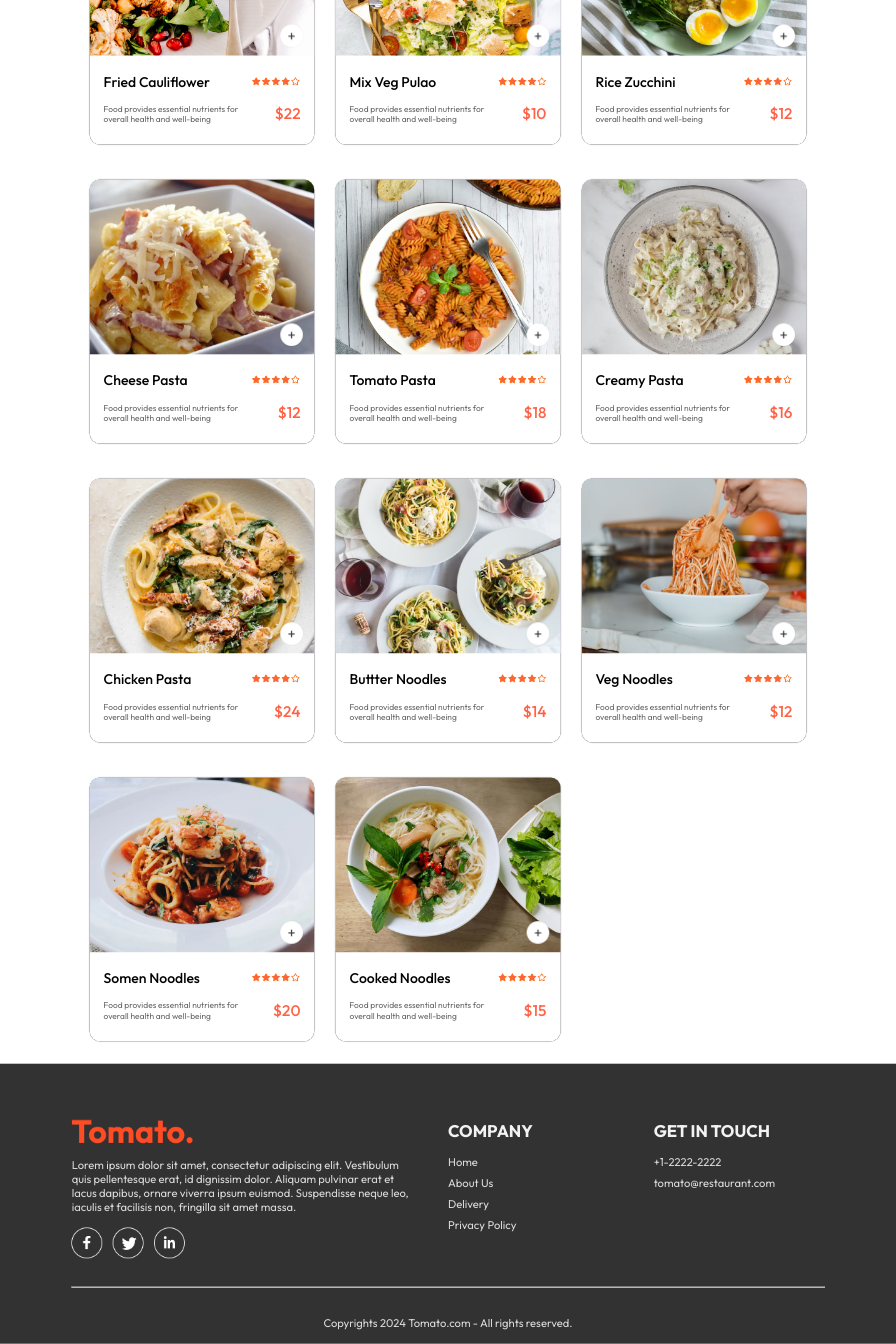
Repository: guilhermecardoso93/tomato-front-end
Page: /
These files come from the project's save history. The page is drawn as it stood at one moment and after the next save; the edit follows.
The browser window is 1280 px wide. The pictures show the part of the page from y = 4151 to 6071 px (the page is 6071 px tall before and 6051 px after), at 70% of full size.
The project was rebuilt for these pictures with package versions that can differ from the ones it lists, and the page was loaded fresh each time. Also part of the build but not shown: vite.config.js, src/pages/Cart/styles.css, src/pages/Cart/index.jsx, src/pages/PlaceOrder/styles.css, src/pages/PlaceOrder/index.jsx.

Above is the page before, as saved 2024-10-31 19:01:15.

### index.html
<!doctype html>
<html lang="en">

<head>
    <meta charset="UTF-8" />
    <link rel="icon" type="image/svg+xml" href="" />
    <link rel="preconnect" href="https://fonts.googleapis.com">
    <link rel="preconnect" href="https://fonts.gstatic.com" crossorigin>
    <link href="https://fonts.googleapis.com/css2?family=Inter:ital,opsz,wght@0,14..32,100..900;1,14..32,100..900&family=Outfit:wght@100..900&display=swap" rel="stylesheet">
    <meta name="viewport" content="width=device-width, initial-scale=1.0" />
    <title>Tomato</title>
</head>

<body>
    <div id="root"></div>
    <script type="module" src="/src/main.jsx"></script>
</body>

</html>

### src/main.jsx
import { StrictMode } from "react";
import { createRoot } from "react-dom/client";
import "./index.css";
import { App } from "./App.jsx";
import { BrowserRouter } from "react-router-dom";
import StoreContextProvider from "./context/StoreContext.jsx";

createRoot(document.getElementById("root")).render(
  <BrowserRouter>
    <StoreContextProvider>
      <App />
    </StoreContextProvider>
  </BrowserRouter>
);

### src/index.css
* {
  padding: 0;
  margin: 0;
  box-sizing: border-box;
}

body {
  min-height: 100vh;
  font-family: "Outfit", sans-serif;
}

a {
  text-decoration: none;
  color: inherit;
}

.app {
  width: 80%;
  margin: auto;
  margin-bottom: 2rem;
}

@keyframes fadeIn {
  0% {
    opacity: 0;
  }

  100% {
    opacity: 1;
  }
}

### src/App.jsx
import { Routes, Route } from "react-router-dom";
import { Navbar } from "./components/Navbar";

import { Home } from "./pages/Home";
import { Cart } from "./pages/Cart";
import { PlaceOrder } from "./pages/PlaceOrder";
import { Footer } from "./components/Footer";

export function App() {
  return (
    <>
      <div className="app">
        <Navbar />
        <Routes>
          <Route path="/" element={<Home />} />
          <Route path="/cart" element={<Cart />} />
          <Route path="/order" element={<PlaceOrder />} />
        </Routes>
      </div>
      <Footer />
    </>
  );
}

### src/context/StoreContext.jsx
import { createContext, useEffect, useState } from "react";
import { food_list } from "../assets/assets";

export const StoreContext = createContext(null);

const StoreContextProvider = (props) => {
  const [cartItems, setCartItems] = useState({});

  const addCart = (itemId) => {
    if (!cartItems[itemId]) {
      setCartItems((prev) => ({ ...prev, [itemId]: 1 }));
    } else {
      setCartItems((prev) => ({ ...prev, [itemId]: prev[itemId] + 1 }));
    }
  };

  const removeFromCart = (itemId) => {
    setCartItems((prev) => ({ ...prev, [itemId]: prev[itemId] - 1 }));
  };

  const contextValue = {
    food_list,
    cartItems,
    setCartItems,
    addCart,
    removeFromCart,
  };

  useEffect(() => {
    console.log(cartItems);
  }, [cartItems]);

  return (
    <StoreContext.Provider value={contextValue}>
      {props.children}
    </StoreContext.Provider>
  );
};

export default StoreContextProvider;

### src/components/Navbar/index.jsx
import { useState } from "react";
import { assets } from "../../assets/assets";
import "./styles.css";

export const Navbar = () => {
  const [menu, setMenu] = useState("Home");

  return (
    <div className="navbar">
      <img src={assets.logo} alt="Logo" className="logo" />
      <ul className="navbar-menu">
        <li
          onClick={() => setMenu("Home")}
          className={menu === "Home" ? "active" : ""}
        >
          Home
        </li>
        <li
          onClick={() => setMenu("Menu")}
          className={menu === "Menu" ? "active" : ""}
        >
          Menu
        </li>
        <li
          onClick={() => setMenu("MobileApp")}
          className={menu === "MobileApp" ? "active" : ""}
        >
          MobileApp
        </li>
        <li
          onClick={() => setMenu("Contact Us")}
          className={menu === "Contact Us" ? "active" : ""}
        >
          Contact Us
        </li>
      </ul>
      <div className="navbar-right">
        <img src={assets.search_icon} alt="" />
        <div className="navbar-search-icon">
          <img src={assets.basket_icon} alt="" />
          <div className="dot"></div>
        </div>
        <button>sign in</button>
      </div>
    </div>
  );
};

### src/pages/Home/index.jsx
import { useState } from "react";
import { ExplorerMenu } from "../../components/ExplorerMenu";
import { Header } from "../../components/Header";
import "./styles.css";
import { FoodDisplay } from "../../components/FoodDisplay/Index";

export const Home = () => {
  const [category, setCategory] = useState("All");

  return (
    <div>
      <Header />
      <ExplorerMenu category={category} setCategory={setCategory} />
      <FoodDisplay category={category} />
    </div>
  );
};

### src/components/Footer/index.jsx
import { assets } from "../../assets/assets";
import "./styles.css";

export const Footer = () => {
  return (
    <footer id="footer">
      <div className="footer-container">
        <div className="footer-left">
          <img src={assets.logo} alt="" />
          <p>
            Lorem ipsum dolor sit amet, consectetur adipiscing elit. Vestibulum
            quis pellentesque erat, id dignissim dolor. Aliquam pulvinar erat et
            lacus dapibus, ornare viverra ipsum euismod. Suspendisse neque leo,
            iaculis et facilisis non, fringilla sit amet massa.
          </p>
          <div className="footer-social-icons">
            <img src={assets.facebook_icon} alt="" />
            <img src={assets.twitter_icon} alt="" />
            <img src={assets.linkedin_icon} alt="" />
          </div>
        </div>
        <div className="footer-center">
          <h2>COMPANY</h2>
          <ul>
            <li>Home</li>
            <li>About Us</li>
            <li>Delivery</li>
            <li>Privacy Policy</li>
          </ul>
        </div>
        <div className="footer-right">
          <h2>GET IN TOUCH</h2>
          <ul>
            <li>+1-2222-2222</li>
            <li>tomato@restaurant.com</li>
          </ul>
        </div>
      </div>
      <hr />
      <p className="footer-copy-rights">
        Copyrights 2024 Tomato.com - All rights reserved.
      </p>
    </footer>
  );
};

### src/components/Navbar/styles.css
.navbar {
  padding: 20px 0;
  display: flex;
  justify-content: space-between;
  align-items: center;
}

.navbar .logo {
  width: 150px;
}

.navbar-menu {
  display: flex;
  list-style: none;
  gap: 10px;
  color: #49557c;
  font-size: 18px;
}

.navbar li {
  cursor: pointer
}

.navbar-right {
  display: flex;
  align-items: center;
  gap: 40px;
}

.navbar button {
  background: transparent;
  font-size: 16px;
  color: #49557c;
  border: 1px solid tomato;
  padding: 10px 30px;
  border-radius: 50px;
  cursor: pointer;
  transition: 0.3s;
}

.navbar button:hover {
  background: #fff4f2;
}

.navbar .active {
  padding-bottom: 2px;
  border-bottom: 2px solid #49557c;
}

.navbar-search-icon {
  position: relative;
}

.navbar-search-icon .dot {
  position: absolute;
  min-height: 10px;
  min-width: 10px;
  background-color: tomato;
  border-radius:  5px;
  top: -8px;
  right: -8px;
}

### src/components/ExplorerMenu/index.jsx
import { menu_list } from "../../assets/assets";

import "./styles.css";

export const ExplorerMenu = ({ category, setCategory }) => {
  return (
    <div className="explorer-menu" id="explore-menu">
      <h1>Explore our menu</h1>
      <p className="explore-menu-text">
        Choose from a diverse menu featuring a delectable arrays os dishes
        crafted with the finest ingredients and culinary expertise. Our mission
        is to satisfy your cravings and elevate your dining experience, one
        delicious meal at a time.
      </p>
      <div className="explore-menu-list">
        {menu_list.map((item, index) => {
          return (
            <div
              className="explore-menu-list-item"
              key={index}
              onClick={() =>
                setCategory((prev) =>
                  prev === item.menu_name ? "All" : item.menu_name
                )
              }
            >
              <img
                src={item.menu_image}
                alt=""
                className={category === item.menu_name ? "active" : ""}
              />
              <p className={category === item.menu_name ? "active-text" : ""}>
                {item.menu_name}
              </p>
            </div>
          );
        })}
      </div>
      <hr />
    </div>
  );
};

### src/components/Header/index.jsx
import "./styles.css";

export const Header = () => {
  return (
    <div className="header">
      <div className="header-container">
        <h2>Oder your favorite food here</h2>
        <p>
          Choose from a diverse menu featuring a delectable arrays os dishes
          crafted with the finest ingredients and culinary expertise. Our
          mission is to satisfy your cravings and elevate your dining
          experience, one delicious meal at a time.
        </p>
        <button> View Menu</button>
      </div>
    </div>
  );
};

### src/components/FoodDisplay/Index.jsx
import { useContext } from "react";
import { StoreContext } from "../../context/StoreContext";
import { FoodItem } from "../FoodItem";

import "./styles.css";

export const FoodDisplay = ({ category }) => {
  const { food_list } = useContext(StoreContext);

  return (
    <div className="food-display" id="food-display">
      <h2>Top Dishes near you</h2>
      <div className="food-display-list">
        {food_list.map((item, index) => {
          if (category === "All" || category === item.category) {
            return (
              <FoodItem
                key={index}
                id={item._id}
                name={item.name}
                description={item.description}
                price={item.price}
                image={item.image}
              />
            );
          }
        })}
      </div>
    </div>
  );
};

### src/components/Footer/styles.css
footer {
  color: #d9d9d9;
  background-color: #323232;
  display: flex;
  align-items: center;
  flex-direction: column;
  gap: 20px;
  padding: 20px 8vw;
  padding-top: 80px;
}

.footer-container {
  width: 100%;
  display: grid;
  grid-template-columns: 2fr 1fr 1fr;
  gap: 50px;
}

.footer-left, .footer-right, .footer-center {
  display: flex;
  flex-direction: column;
  align-items: start;
  gap: 20px;
}

footer li {
  list-style: none;
  margin-bottom: 10px;
  cursor: pointer;
}

footer h2 {
  color: #f2f2f2;
}

.footer-social-icons {
  display: flex;
  gap: 15px;
  width: 40px;
  margin-right: 15px;
}

footer hr {
  width: 100%;
  height: 2px;
  margin: 20px 0;
}

### src/components/ExplorerMenu/styles.css
.explorer-menu {
  display: flex;
  flex-direction: column;
  gap: 1rem;
}

.explorer-menu h1 {
  color: #262626;
  font-size: 500;
}

.explore-menu-text {
  max-width: 60%;
  color: #808080;
}

.explore-menu-list {
  display: flex;
  justify-content: space-between;
  align-items: center;
  gap: 30px;
  text-align: center;
  margin: 20px 0px;
  overflow-x: scroll;
}

.explore-menu-list::-webkit-scrollbar {
  display: none;
}

.explore-menu-list img {
  width: 7.5vw;
  min-width: 80px;
  cursor: pointer;
  border-radius: 50%;
  transition: 0.2s;
}

.explore-menu-list p {
  margin-top: 10px;
  color: #747474;
  font-size: max(1.4vw, 16px);
  cursor: pointer;
}

.explore-menu hr {
  margin: 10px 0px;
  height: 2px;
  background: #e2e2e2;
  border: none;
}

.explore-menu-list .active {
  border: 4px solid tomato;
  padding: 2px;
}

.explore-menu-list .active-text {
  color: tomato;
}

### src/components/Header/styles.css
.header {
  height: 34vw;
  margin: 30px auto;
  background: url('../../assets/header_img.png') no-repeat;
  background-size: contain;
  position: relative;
}



.header-container {
  position: absolute;
  display: flex;
  flex-direction: column;
  align-items: start;
  padding: 20px;
  gap: 1.5vw;
  max-width: 52%;
  bottom: 10%;
  animation: fadeIn 3s;
}


.header-container h2 {
  font-weight: 500;
  color: #f2f2f2f2;
  font-size: max(4.5vw, 22px);
}


.header-container p {
  color: #f2f2f2f2;
  font-size: 1vw;
}


.header-container button {
  border: none;
  color: #747474;
  font-weight: 700;
  padding: 1vw 2.3vw;
  background: white;
  font-size: max(1vw, 13px);
  border-radius: 50px;
}

### src/components/FoodItem/index.jsx
import { useContext } from "react";
import { assets } from "../../assets/assets";
import "./styles.css";
import { StoreContext } from "../../context/StoreContext";

export const FoodItem = ({ id, name, price, description, image }) => {
  const { removeFromCart, addCart, cartItems } = useContext(StoreContext);

  return (
    <div className="food-item" id={id}>
      <div className="food-item-image-container">
        <img src={image} alt={name} className="food-item-image" />
        {!cartItems[id] ? (
          <img
            src={assets.add_icon_white}
            alt="Adicionar ao carrinho"
            className="add"
            onClick={() => addCart(id)}
          />
        ) : (
          <div className="food-item-counter">
            <img
              src={assets.remove_icon_red}
              alt="Remover do carrinho"
              onClick={() => removeFromCart(id)}
            />
            <p>{cartItems[id]}</p>
            <img
              src={assets.add_icon_green}
              alt="Adicionar ao carrinho"
              onClick={() => addCart(id)}
            />
          </div>
        )}
      </div>
      <div className="food-item-info">
        <div className="food-item-name-rating">
          <p>{name}</p>
          <img src={assets.rating_starts} alt="Rating" />
        </div>
        <div className="food-item-prices">
          <p className="food-item-description">{description}</p>
          <p className="food-item-price">${price}</p>
        </div>
      </div>
    </div>
  );
};

### src/components/FoodDisplay/styles.css
.food-display {
  margin-top: 30px;
}

.food-display h2 {
  font-size: max(2vw, 24px);
  font-weight: 600;
}


.food-display-list {
  display: grid;
  grid-template-columns: repeat(auto-fill, minmax(240px, 1fr));
  margin-top: 30px;
  gap: 30px;
  row-gap: 50px;
}

### src/components/FoodItem/styles.css
.food-item {
  width: 100%;
  margin: auto;
  border-radius: 15px;
  box-shadow: 0px 0px 1px #000015;
  transition: 0.3s;
  animation: fadeIn 1s;
}

.food-item-image {
  width: 100%;
  border-radius: 15px 15px 0px 0px;
}

.food-item-image-container {
  position: relative;
}

.food-item-image-container .add {
  position: absolute;
  width: 35px;
  bottom: 15px;
  right: 15px;
  cursor: pointer;
  border-radius: 50%;
}

.food-item-counter {
  position: absolute;
  bottom: 15px;
  right: 15px;
  display: flex;
  align-items: center;
  gap: 10px;
  border-radius: 50px;
  background-color: #f2f2f2;
  padding: 3px;
  font-weight: 700;
}

.food-item-counter img {
  width: 30px;
}

.food-item-info {
  padding: 20px;
}

.food-item-name-rating {
  display: flex;
  justify-content: space-between;
  align-items: center;
  margin-bottom: 10px;
}

.food-item-name-rating p {
  font-size: 20px;
  font-weight: 500;
}

.food-item-name-rating img {
  width: 70px;
}

.food-item-prices {
  display: flex;
  justify-content: space-between;
  align-items: center;
  gap: 10px;
}

.food-item-description {
  color: #676767;
  font-size: 12px;
  width: 75%;
}

.food-item-price {
  color: tomato;
  font-size: 22px;
  font-weight: 500;
  margin: 10px 0;
}

Loaded but not shown: src/assets/assets.js (350 lines, source omitted); src/pages/Home/styles.css (no stored copy; drawn as an empty file)

After the next save:
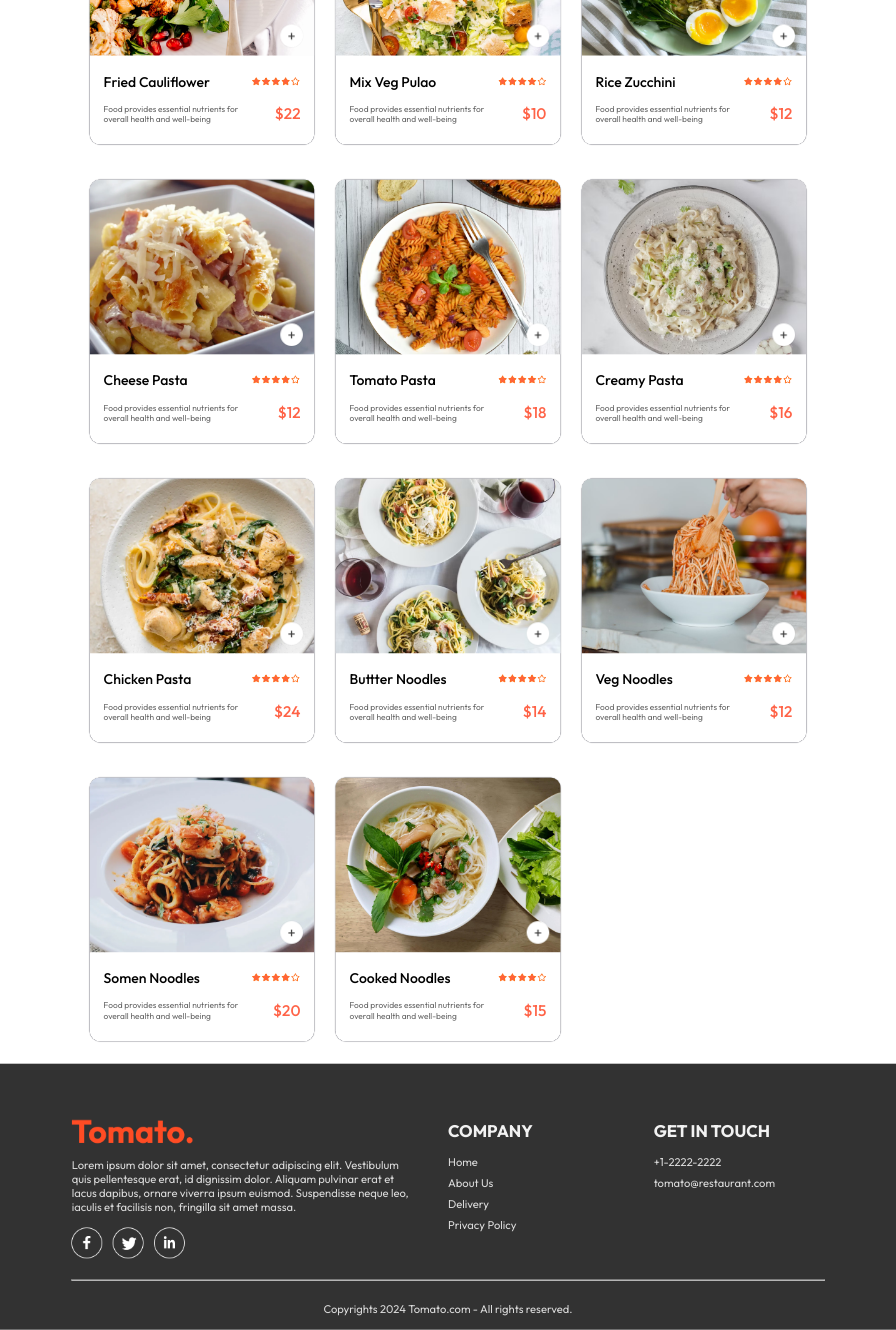
Saved 7 s later.
--- a/src/components/Footer/styles.css
+++ b/src/components/Footer/styles.css
@@ -43,5 +43,5 @@ footer h2 {
 footer hr {
   width: 100%;
   height: 2px;
-  margin: 20px 0;
+  margin: 10px 0;
 }
